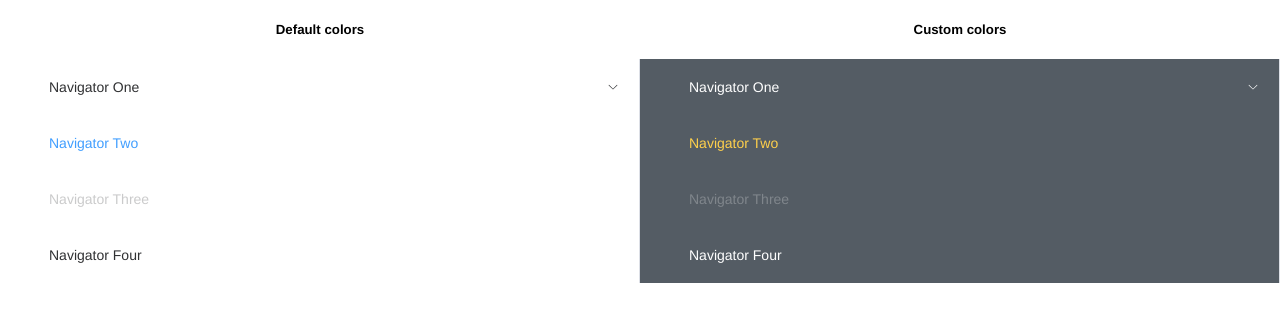
Repository: songlin-q/EducationalAdministrationSysTem
Page: /Reedit (app in EducationalAdministrationSystemUI/educationsystem/)
These files come from the project's save history. The page is drawn as it stood at one moment and after a run of saves; the edit follows.
The browser window is 1280 px wide. The pictures show the whole page.
The project was rebuilt for these pictures with package versions that can differ from the ones it lists, and the page was loaded fresh each time. Also part of the build but not shown: EducationalAdministrationSystemUI/educationsystem/vue.config.js, EducationalAdministrationSystemUI/educationsystem/src/components/HelloWorld.vue, EducationalAdministrationSystemUI/educationsystem/src/components/Identity/IdentityCode.vue, EducationalAdministrationSystemUI/educationsystem/src/components/Identity/IdentityCode2.vue, EducationalAdministrationSystemUI/educationsystem/src/components/MainOne.vue.

Above is the page before, as saved 2022-05-24 11:33:43.

After the next 5 saves:
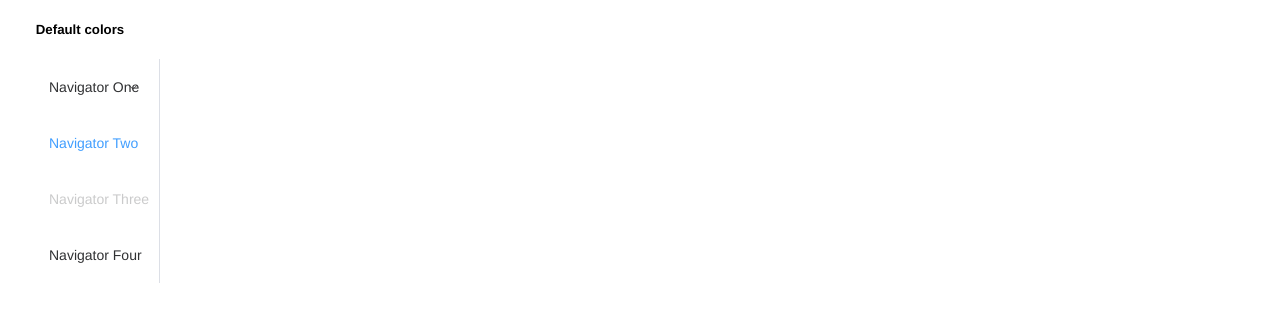
The 5 saves are shown as one change because they came seconds apart.
The last was saved 48 s later.
--- a/EducationalAdministrationSystemUI/educationsystem/src/components/MainInfo.vue
+++ b/EducationalAdministrationSystemUI/educationsystem/src/components/MainInfo.vue
@@ -1,52 +1,10 @@
 <template>
   <el-row class="tac">
-    <el-col :span="12">
+    <el-col :span="3">
       <h5 class="mb-2">Default colors</h5>
       <el-menu
         default-active="2"
         class="el-menu-vertical-demo"
-        @open="handleOpen"
-        @close="handleClose"
-      >
-        <el-sub-menu index="1">
-          <template #title>
-            <el-icon><location /></el-icon>
-            <span>Navigator One</span>
-          </template>
-          <el-menu-item-group title="Group One">
-            <el-menu-item index="1-1">item one</el-menu-item>
-            <el-menu-item index="1-2">item one</el-menu-item>
-          </el-menu-item-group>
-          <el-menu-item-group title="Group Two">
-            <el-menu-item index="1-3">item three</el-menu-item>
-          </el-menu-item-group>
-          <el-sub-menu index="1-4">
-            <template #title>item four</template>
-            <el-menu-item index="1-4-1">item one</el-menu-item>
-          </el-sub-menu>
-        </el-sub-menu>
-        <el-menu-item index="2">
-          <el-icon><icon-menu /></el-icon>
-          <span>Navigator Two</span>
-        </el-menu-item>
-        <el-menu-item index="3" disabled>
-          <el-icon><document /></el-icon>
-          <span>Navigator Three</span>
-        </el-menu-item>
-        <el-menu-item index="4">
-          <el-icon><setting /></el-icon>
-          <span>Navigator Four</span>
-        </el-menu-item>
-      </el-menu>
-    </el-col>
-    <el-col :span="12">
-      <h5 class="mb-2">Custom colors</h5>
-      <el-menu
-        active-text-color="#ffd04b"
-        background-color="#545c64"
-        class="el-menu-vertical-demo"
-        default-active="2"
-        text-color="#fff"
         @open="handleOpen"
         @close="handleClose"
       >
@@ -89,7 +47,7 @@ import {
   Menu as IconMenu,
   Location,
   Setting,
-} from '@element-plus/icons-vue'
+} from "@element-plus/icons-vue";
 import { GetJwtStr } from "../api/api";
 export default {
   data() {
